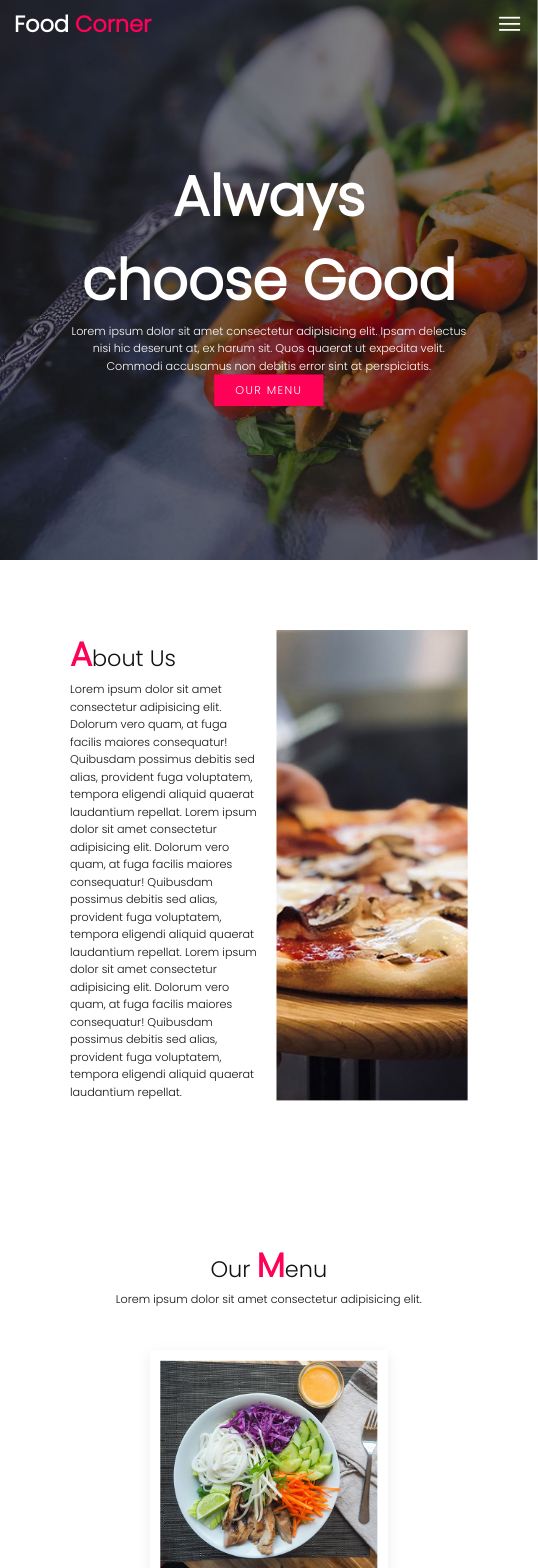
Repository: Adriandias1997/MobileFriendly_FoodWebsite
Page: index.html
An editor plug-in stored every save of this project. The page is shown before and after the next save, followed by the edit.
The browser window is 768 px wide. The pictures show the part of the page from y = 0 to 2240 px (the page is 8144 px tall before and 7194 px after), at 70% of full size.

Above is the page before, as saved 2020-10-16 20:05:15.

### index.html
<!DOCTYPE html>
<html lang="en">

<head>
    <meta charset="UTF-8">
    <meta name="viewport" content="width=device-width, initial-scale=1.0">
    <title>Food</title>
    <link rel="stylesheet" href="style.css">
</head>

<body>
    <header>
        <a href="#" class="logo">Food <span>Corner</span></a>
        <div class="menuToggle" onclick="toggleMenu();"></div>
        <ul class="navigation">
            <li><a href="#banner">Home</a></li>
            <li><a href="#about">About Us</a></li>
            <li><a href="#menu">Menu</a></li>
            <li><a href="#expert">Expert</a></li>
            <li><a href="#testimonials">Testimonials</a></li>
            <li><a href="#contact">Contact</a></li>
        </ul>

    </header>
    <section class="banner" id="banner">
        <div class="content">
            <h2>Always choose Good</h2>
            <p>Lorem ipsum dolor sit amet consectetur adipisicing elit. Ipsam delectus nisi hic deserunt at, ex harum sit. Quos quaerat ut expedita velit. Commodi accusamus non debitis error sint at perspiciatis.</p>

            <a href="#" class="btn">Our Menu</a>
        </div>
    </section>

    <section class="about" id="about">
        <div class="row">
            <div class="col50">
                <h2 class="titleText"><span>A</span>bout Us</h2>
                <p>Lorem ipsum dolor sit amet consectetur adipisicing elit. Dolorum vero quam, at fuga facilis maiores consequatur! Quibusdam possimus debitis sed alias, provident fuga voluptatem, tempora eligendi aliquid quaerat laudantium repellat. Lorem
                    ipsum dolor sit amet consectetur adipisicing elit. Dolorum vero quam, at fuga facilis maiores consequatur! Quibusdam possimus debitis sed alias, provident fuga voluptatem, tempora eligendi aliquid quaerat laudantium repellat. Lorem
                    ipsum dolor sit amet consectetur adipisicing elit. Dolorum vero quam, at fuga facilis maiores consequatur! Quibusdam possimus debitis sed alias, provident fuga voluptatem, tempora eligendi aliquid quaerat laudantium repellat.
                </p>
            </div>
            <div class="col50">
                <div class="imgBx">
                    <img src="./Images/img1.jpg" alt="">
                </div>
            </div>
        </div>
    </section>

    <section class="menu" id="menu">
        <div class="title">
            <h2 class="titleText">Our <span>M</span>enu</h2>
            <p>Lorem ipsum dolor sit amet consectetur adipisicing elit.
            </p>
        </div>
        <div class="content">
            <div class="box">
                <div class="imgBx">
                    <img src="Images/menu1.jpg" alt="">
                </div>
                <div class="text">
                    <h3>Special Salads</h3>
                </div>
            </div>
            <div class="box">
                <div class="imgBx">
                    <img src="Images/menu2.jpg" alt="">
                </div>
                <div class="text">
                    <h3>Special Soups</h3>
                </div>
            </div>
            <div class="box">
                <div class="imgBx">
                    <img src="Images/menu3.jpg" alt="">
                </div>
                <div class="text">
                    <h3>Special Pasta</h3>
                </div>
            </div>
            <div class="box">
                <div class="imgBx">
                    <img src="Images/menu4.jpg" alt="">
                </div>
                <div class="text">
                    <h3>Special Salads</h3>
                </div>
            </div>
            <div class="box">
                <div class="imgBx">
                    <img src="Images/menu5.jpg" alt="">
                </div>
                <div class="text">
                    <h3>Special Soups</h3>
                </div>
            </div>
            <div class="box">
                <div class="imgBx">
                    <img src="Images/menu6.jpg" alt="">
                </div>
                <div class="text">
                    <h3>Special Salads</h3>
                </div>
            </div>
        </div>
        <div class="title">
            <a href="#" class="btn">
                View All
            </a>
        </div>
    </section>
    <section class="expert" id="expert">
        <div class="title">
            <h2 class="titleText">Our Kitchen <span>E</span>xpert</h2>
            <p>Lorem ipsum dolor sit amet consectetur adipisicing elit.
            </p>
        </div>
        <div class="content">
            <div class="box">
                <div class="imgBx">
                    <img src="Images/expert1.jpg" alt="">
                </div>
                <div class="text">
                    <h3>Tyler Brook</h3>
                </div>
            </div>
            <div class="box">
                <div class="imgBx">
                    <img src="Images/expert2.jpg" alt="">
                </div>
                <div class="text">
                    <h3>Dino Blok</h3>
                </div>
            </div>
            <div class="box">
                <div class="imgBx">
                    <img src="Images/expert3.jpg" alt="">
                </div>
                <div class="text">
                    <h3>Melanie Sasha</h3>
                </div>
            </div>
            <div class="box">
                <div class="imgBx">
                    <img src="Images/expert4.jpg" alt="">
                </div>
                <div class="text">
                    <h3>Bevon Gomez</h3>
                </div>
            </div>
        </div>
    </section>

    <section class="testimonials" id="testimonials">
        <div class="title white">
            <h2 class="titleText">They <span>S</span>aid about Us</h2>
            <p>Lorem ipsum dolor sit amet consectetur adipisicing elit.
            </p>
        </div>
        <div class="content">
            <div class="box">

                <div class="imgBx">
                    <img src="Images/testi1.jpg" alt="">
                </div>
                <div class="text">
                    <p>Lorem ipsum dolor sit amet consectetur adipisicing elit. Ipsam delectus nisi hic deserunt at, ex harum sit. Quos quaerat ut expedita velit. Commodi accusamus non debitis error sint at perspiciatis.
                    </p>
                    <h3>Christina Dias</h3>
                </div>
            </div>
            <div class="box">

                <div class="imgBx">
                    <img src="Images/testi2.jpg" alt="">
                </div>
                <div class="text">
                    <p>Lorem ipsum dolor sit amet consectetur adipisicing elit. Ipsam delectus nisi hic deserunt at, ex harum sit. Quos quaerat ut expedita velit. Commodi accusamus non debitis error sint at perspiciatis.
                    </p>
                    <h3>Charlie Walker</h3>
                </div>
            </div>
            <div class="box">

                <div class="imgBx">
                    <img src="Images/testi3.jpg" alt="">
                </div>
                <div class="text">
                    <p>Lorem ipsum dolor sit amet consectetur adipisicing elit. Ipsam delectus nisi hic deserunt at, ex harum sit. Quos quaerat ut expedita velit. Commodi accusamus non debitis error sint at perspiciatis.
                    </p>
                    <h3>Maya Jensen</h3>
                </div>
            </div>
        </div>
    </section>

    <section class="contact" id="contact">
        <div class="title">
            <h2 class="titleText"><span>C</span>ontact Us</h2>
            <p>Lorem ipsum dolor sit amet consectetur adipisicing elit.
            </p>
        </div>
        <div class="contactForm">
            <h3>Send Message</h3>
            <div class="inputBox">
                <input type="text" placeholder="Name">
            </div>
            <div class="inputBox">
                <input type="text" placeholder="Email">
            </div>
            <div class="inputBox">
                <textarea placeholder="Say Something"></textarea>

                <div class="inputBox">
                    <input type="submit" value="send">
                </div>

            </div>
    </section>
    <div class="copyrightText">
        <p>Copyright 2020 <a href="#">Adrian Dias</a>. All Right Reserved</p>

    </div>
    <script src="index.js"></script>
</body>

</html>

### style.css
            @import url("https://fonts.googleapis.com/css2?family=Poppins:wght@300&display=swap");
            * {
                margin: 0;
                padding: 0;
                box-sizing: border-box;
                font-family: "Poppins", sans-serif;
                scroll-behavior: smooth;
            }

            p {
                font-weight: 300;
                color: #111;
            }
            /* body {
    min-height: 1000px;
} */

            .banner {
                position: relative;
                width: 100%;
                min-height: 100vh;
                display: flex;
                justify-content: center;
                align-items: center;
                background: url(./Images/bg.jpg);
                background-size: cover;
            }

            .banner .content {
                max-width: 900px;
                text-align: center;
            }

            .banner .content h2 {
                font-size: 5em;
                color: #fff;
            }

            .banner .content p {
                font-size: 1em;
                color: #fff;
            }

            .btn {
                font-size: 1em;
                color: #fff;
                background: #ff0157;
                display: inline-block;
                padding: 10px 30px;
                text-transform: uppercase;
                text-decoration: none;
                letter-spacing: 2px;
                transition: 0.5s;
            }

            .btn:hover {
                background-color: #fff;
                color: #ff0157;
                letter-spacing: 6px;
            }

            header {
                position: fixed;
                top: 0;
                left: 0;
                width: 100%;
                padding: 40px 100px;
                z-index: 10000;
                display: flex;
                justify-content: space-between;
                align-items: center;
                transition: 0.5s;
            }

            header.sticky {
                background: #fff;
                padding: 10px 100px;
                box-shadow: 0 5px 20px rgba(0, 0, 0, 0.05);
            }

            header .logo {
                color: #fff;
                font-weight: 700;
                text-decoration: none;
                font-size: 2em;
            }

            header.sticky .logo {
                color: #111;
            }

            header .logo span {
                color: #ff0157;
            }

            header .navigation {
                position: relative;
                display: flex;
            }

            header .navigation li {
                list-style: none;
                margin-left: 30px;
            }

            header .navigation li a {
                text-decoration: none;
                color: #fff;
                font-weight: 300;
            }

            header.sticky .navigation li a {
                color: #111;
                font-weight: 300;
            }

            header .navigation li a:hover {
                color: #ff0157;
            }

            section {
                padding: 100px;
            }

            .row {
                position: relative;
                width: 100%;
                display: flex;
                justify-content: space-between;
            }

            .row .col50 {
                position: relative;
                width: 48%;
            }

            .titleText {
                color: #111;
                font-size: 2em;
                font-weight: 400;
            }

            .titleText span {
                color: #ff0157;
                font-size: 1.5em;
                font-weight: 700;
            }

            .row .col50 .imgBx {
                position: relative;
                width: 100%;
                height: 100%;
                /* min-height: 300px; */
            }

            .row .col50 .imgBx img {
                position: relative;
                top: 0;
                left: 0;
                width: 100%;
                height: 100%;
                object-fit: cover;
            }

            .title {
                width: 100%;
                display: flex;
                justify-content: center;
                align-items: center;
                flex-direction: column;
            }

            .menu .content {
                display: flex;
                justify-content: center;
                flex-direction: row-reverse;
                flex-wrap: wrap;
                margin-top: 40px;
            }

            .menu .content .box {
                width: 340px;
                margin: 20px;
                border: 15px solid #fff;
                box-shadow: 0 5px 20px rgba(0, 0, 0, 0.08);
            }

            .menu .content .box .imgBx {
                position: relative;
                width: 100%;
                height: 300px;
            }

            .menu .content .box .imgBx img {
                position: absolute;
                top: 0;
                left: 0;
                width: 100%;
                height: 100%;
                object-fit: cover;
            }

            .menu .content .box .text {
                padding: 15px 0 5px;
            }

            .menu .content .box .text h3 {
                font-weight: 400;
                color: #111;
            }

            .expert .content {
                display: flex;
                justify-content: center;
                align-items: center;
                flex-wrap: wrap;
                flex-direction: row;
                margin-top: 40px;
            }

            .expert .content .box {
                width: 250px;
                margin: 15px;
            }

            .expert .content .box .imgBx {
                position: relative;
                width: 100%;
                height: 300px;
            }

            .expert .content .box .imgBx img {
                position: absolute;
                top: 0;
                left: 0;
                width: 100%;
                height: 100%;
                object-fit: cover;
            }

            .expert .content .box .text {
                padding: 15px 0 5px;
            }

            .expert .content .box .text h3 {
                font-weight: 400;
                color: #111;
            }

            .testimonials {
                background: url(./Images/bg2.jpg);
                background-size: cover;
            }

            .white .titleText,
            .white p {
                color: #fff;
            }

            .testimonials .content {
                display: flex;
                justify-content: center;
                flex-wrap: wrap;
                flex-direction: row;
                margin-top: 40px;
            }

            .testimonials .content .box {
                width: 340px;
                margin: 20px;
                padding: 40px;
                background: #fff;
                display: flex;
                justify-content: center;
                align-items: center;
                flex-direction: column;
            }

            .testimonials .content .box .imgBx {
                position: relative;
                width: 80px;
                height: 80px;
                margin-bottom: 20px;
                border-radius: 50%;
                overflow: hidden;
            }

            .testimonials .content .box .imgBx img {
                position: absolute;
                top: 0;
                left: 0;
                width: 100%;
                height: 100%;
                object-fit: cover;
            }

            .testimonials .content .box .text {
                text-align: center;
            }

            .testimonials .content .box .text p {
                color: #666;
                font-style: italic;
                font-size: 15px;
            }

            .testimonials .content .box .text h3 {
                margin-top: 20px;
                color: #ff0157;
                font-size: 1em;
                font-weight: 600;
            }

            .contact {
                background: url(./Images/bg3.jpg);
                background-size: cover;
            }

            .contactForm {
                padding: 75px 50px;
                background: #fff;
                box-shadow: 0 15px 50px rgba(0, 0, 0, 0.1);
                max-width: 500px;
                margin-top: 50px;
            }

            .contactForm h3 {
                color: #111;
                font-size: 1.2em;
                margin-bottom: 20px;
                font-weight: 500;
            }

            .contactForm .inputBox {
                position: relative;
                width: 100%;
                margin-bottom: 20px;
            }

            .contactForm .inputBox input,
            .contactForm .inputBox textarea {
                width: 100%;
                border: 1px solid #555;
                padding: 10px;
                color: #111;
                outline: none;
                font-size: 16px;
                font-weight: 300;
                resize: none;
            }

            .contactForm .inputBox input[type='submit'] {
                font-size: 1em;
                color: #fff;
                background: #ff0157;
                display: inline-block;
                text-transform: uppercase;
                text-decoration: none;
                letter-spacing: 2px;
                transition: 0.5s;
                max-width: 100px;
                font-weight: 500;
                border: none;
                cursor: pointer;
            }

            .copyrightText {
                padding: 8px 40px;
                border-top: 1px solid rgba(0, 0, 0, 0.1);
                text-align: center;
            }

            .copyrightText p {
                color: #333;
            }

            .copyrightText a {
                color: #ff0157;
                font-weight: 500;
                text-decoration: none;
            }

            @media(max-width:991px) {
                header,
                header.sticky {
                    padding: 10px 20px;
                }
                header .navigation {
                    display: none;
                }
                header .navigation.active {
                    width: 100%;
                    height: calc(100% - 68px);
                    position: fixed;
                    top: 68px;
                    left: 0;
                    display: flex;
                    justify-content: center;
                    align-items: center;
                    flex-direction: column;
                    background: #fff;
                }
                header .navigation li {
                    margin-left: 0;
                }
                header .navigation li a {
                    color: #111;
                    font-size: 1.6em;
                }
                .menuToggle {
                    position: relative;
                    width: 40px;
                    height: 40px;
                    background: url(./Images/menu.png);
                    background-size: 30px;
                    background-repeat: no-repeat;
                    background-position: center;
                    cursor: pointer;
                }
                .menuToggle.active {
                    background: url(./Images/close.png);
                    background-size: 25px;
                    background-repeat: no-repeat;
                    background-position: center;
                }
                header.sticky .menuToggle {
                    filter: invert(1);
                }
            }

### index.js
window.addEventListener('scroll', function() {
    const header = document.querySelector('header');
    header.classList.toggle('sticky', window.scrollY > 0);
});

function toggleMenu() {
    const menuToggle = document.querySelector('.menuToggle');
    const navigation = document.querySelector('.navigation');
    menuToggle.classList.toggle('active');
    navigation.classList.toggle('active');

}

After the next save:
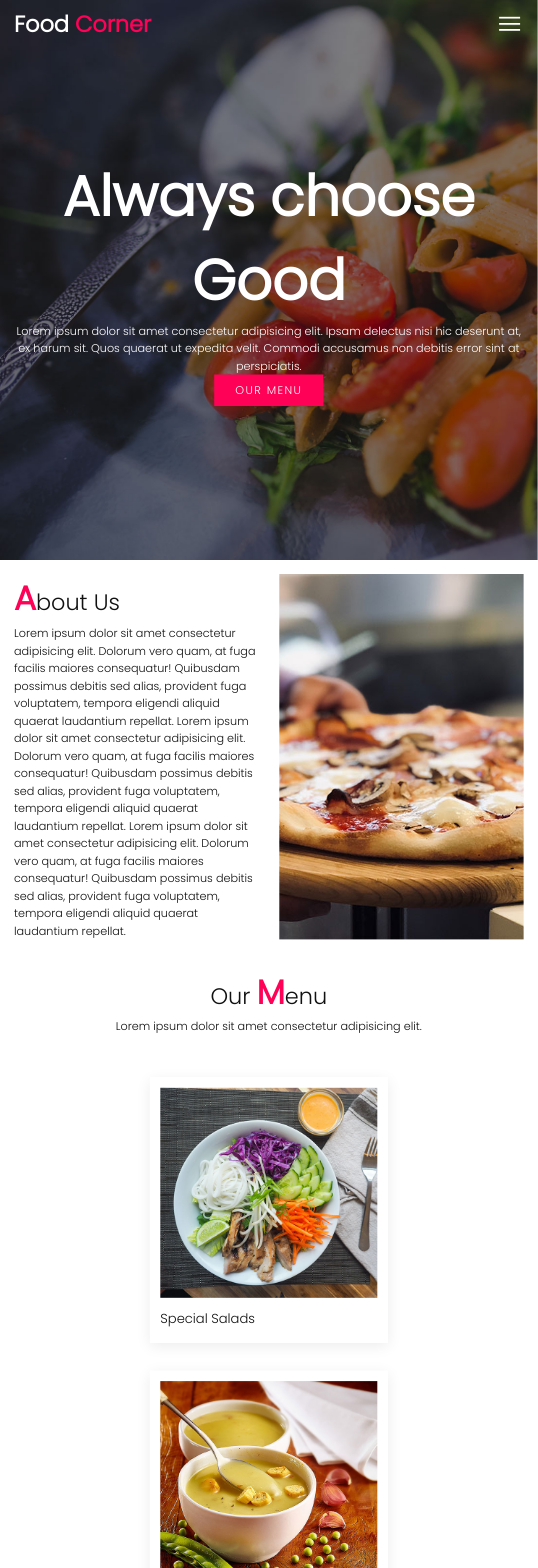
Saved 100 s later.
--- a/style.css
+++ b/style.css
@@ -426,4 +426,7 @@
                 header.sticky .menuToggle {
                     filter: invert(1);
                 }
-            }
+                section {
+                    padding: 20px;
+                }
+            }
